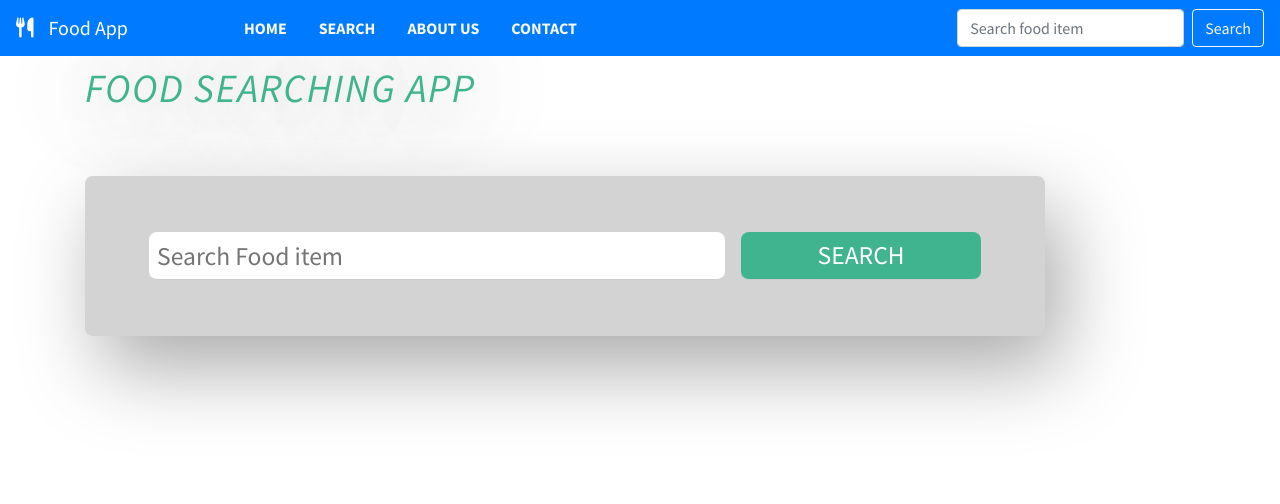
Repository: priyavmehta/React-Food-Recipe-App
Page: /search
An editor plug-in stored every save of this project. The page is shown before and after the next save, followed by the edit.
The browser window is 1280 px wide. The pictures show the whole page.
Some web libraries are served in a nearby version. The project was rebuilt for these pictures with package versions that can differ from the ones it lists, and the page was loaded fresh each time. Also part of the build but not shown: src/Components/Recipe.js, src/Components/Alert.js, src/Components/Home.js, src/Components/RecipeDetails.js.

Above is the page before, as saved 2020-07-14 23:07:44.

### public/index.html
<!DOCTYPE html>
<html lang="en">
  <head>
    <meta charset="utf-8" />
    <link rel="icon" href="%PUBLIC_URL%/favicon.ico" />
    <meta name="viewport" content="width=device-width, initial-scale=1" />
    <meta name="theme-color" content="#000000" />
    <meta
      name="description"
      content="Web site created using create-react-app"
    />
    <link rel="apple-touch-icon" href="%PUBLIC_URL%/logo192.png" />
    <link rel="manifest" href="%PUBLIC_URL%/manifest.json" />

    <script src="https://kit.fontawesome.com/c3f9cf1e2c.js" crossorigin="anonymous"></script>

    <link rel="stylesheet" href="https://stackpath.bootstrapcdn.com/bootstrap/4.3.1/css/bootstrap.min.css" integrity="sha384-ggOyR0iXCbMQv3Xipma34MD+dH/1fQ784/j6cY/iJTQUOhcWr7x9JvoRxT2MZw1T" crossorigin="anonymous">
    <script src="https://code.jquery.com/jquery-3.3.1.slim.min.js" integrity="sha384-q8i/X+965DzO0rT7abK41JStQIAqVgRVzpbzo5smXKp4YfRvH+8abtTE1Pi6jizo" crossorigin="anonymous"></script>
<script src="https://cdnjs.cloudflare.com/ajax/libs/popper.js/1.14.7/umd/popper.min.js" integrity="sha384-UO2eT0CpHqdSJQ6hJty5KVphtPhzWj9WO1clHTMGa3JDZwrnQq4sF86dIHNDz0W1" crossorigin="anonymous"></script>
<script src="https://stackpath.bootstrapcdn.com/bootstrap/4.3.1/js/bootstrap.min.js" integrity="sha384-JjSmVgyd0p3pXB1rRibZUAYoIIy6OrQ6VrjIEaFf/nJGzIxFDsf4x0xIM+B07jRM" crossorigin="anonymous"></script>

    <title>Food App</title>
  </head>
  <body>
    <noscript>You need to enable JavaScript to run this app.</noscript>
    <div id="root"></div>
    <!--
      This HTML file is a template.
      If you open it directly in the browser, you will see an empty page.

      You can add webfonts, meta tags, or analytics to this file.
      The build step will place the bundled scripts into the <body> tag.

      To begin the development, run `npm start` or `yarn start`.
      To create a production bundle, use `npm run build` or `yarn build`.
    -->
  </body>
</html>

### src/App.js
import React from 'react';
import './App.css';
import RecipeState from './context/recipe/RecipeState';
import Search from './Components/Search';
import { BrowserRouter as Router, Switch, Route } from 'react-router-dom'
import Navbar from './Components/Navbar';
import Home from './Components/Home';
import RecipeDetails from './Components/RecipeDetails';

const App = () => {

  return (
    <RecipeState>
      <Router>
        <div className="App">
          <Navbar />
          <div className = "container">
            <Switch>
              <Route exact path = '/' component = {Home} />
              <Route exact path = '/search' component = {Search} />
              <Route exact path = '/recipe/:label' component = {RecipeDetails} />
            </Switch>
          </div>
        </div>
      </Router>
    </RecipeState>
  );
}

export default App;

### src/App.css
@import url("https://fonts.googleapis.com/css?family=Source+Sans+Pro:300,300i,400,400i,600,600i,700&display=swap");

* {
  font-family: "Source Sans Pro", sans-serif;
  margin: 0;
  padding: 0;
  text-decoration: none;
  list-style-type: none;
  outline: none;
}

.App {
  display: flex;
  flex-direction: column;
  align-items: center;
}

h1 {
  letter-spacing: 0.1rem;
  font-style: italic;
  color: #40b48e;
  text-shadow: 0 0.2rem 5rem rgb(119, 115, 115);
  text-transform: uppercase;
  margin: 4rem 0;
}

.search-form {
  width: 60rem;
  height: 10rem;
  display: flex;
  justify-content: center;
  align-items: center;
  background-color: #d3d3d3;
  border-radius: 0.5rem;
  margin-bottom: 5rem;
  box-shadow: 1rem 2rem 5rem #aaa;
  position: relative;
}

.alert {
  /*position: absolute;*/
  top: -3rem;
  left: 0;
  background-color: rgb(233, 72, 72);
  width: calc(100% - 0.4rem);
  border-radius: 0.5rem;
  padding: 0.2rem;
}

.alert h3 {
  font-size: 1.8rem;
  color: #fff;
  font-weight: 400;
  text-transform: uppercase;
  text-align: center;
}

.search-form input {
  font-size: 1.6rem;
  border: none;
  border-bottom: 0.1rem solid #ccc;
  margin: 0 0.5rem;
  border-radius: 0.5rem;
  height: 3rem;
}

.search-form input[type="text"] {
  padding: 0 0.5rem;
  width: 60%;
  color: #555;
}

.search-form input[type="submit"] {
  width: 25%;
  text-transform: uppercase;
  background-color: #40b48e;
  color: #fff;
}

.recipes {
  width: 90%;
  display: flex;
  align-items: center;
  flex-wrap: wrap;
  justify-content: center;
  align-items: flex-start;
}

.recipe {
  width: 30rem;
  margin: 3rem;
  display: flex;
  flex-direction: column;
  background-color: #d3d3d3;
  padding: 2rem;
  position: relative;
  border-radius: 0.5rem;
  box-shadow: 2rem 3rem 5rem #aaa;
}

.recipe h2 {
  background-color: rgba(161, 161, 161, 0.7);
  border-radius: 0.5rem;
  padding: 0.3rem 0.5rem;
  position: absolute;
  top: 2.5rem;
  left: 2.5rem;
  right: 2.5rem;
  font-size: 2.5rem;
  font-weight: 400;
  text-shadow: 0 0.5rem 0.5rem #555;
  color: #fff;
}

.recipe img {
  border-radius: 0.5rem;
  object-fit: cover;
}

.recipe a {
  font-size: 1.8rem;
  color: #40b48e;
}

/* .recipe button {
  font-size: 2rem;
  text-transform: uppercase;
  color: #fff;
  background-color: #40b48e;
  border: none;
  border-radius: 0.5rem;
  height: 3rem;
} */

.ingredient-list {
  margin-top: 1rem;
  background-color: #f0f0f0;
  border-radius: 0.5rem;
  padding: 0.5rem;
}

.ingredient-list li {
  margin: 0.5rem 0;
}

.ingredient-text {
  font-size: 1.5rem;
  color: #888;
}

.ingredient-weight {
  color: #40b48e;
  font-size: 1.3rem;
}

.fas {
  color: white;
}

.navbar-brand{
  color: white;
}

h3 {
  color: white;
}

### src/context/recipe/RecipeState.js
import React, { useReducer } from 'react'
import recipeContext from './recipeContext'
import recipeReducer from './recipeReducer';
import axios from 'axios'
import {SEARCH_RECIPE, SET_ALERT, REMOVE_ALERT, NAVBAR_SEARCH_RECIPE, SET_RECIPE} from '../types'

const RecipeState = (props) => {

    const initialState = {

        navbar_recipes : [],
        alert : "",
        search_recipes : [],
        recipe : {}
    };

    const [state, dispatch] = useReducer(recipeReducer, initialState);

    const YOUR_APP_ID = 'a232e31f';
    const YOUR_APP_KEY = 'd3cfbfb089b421a6f5135d309faa2604';

    const getData = async (text, context) => {
        if (text !== ''){
            const url = `https://api.edamam.com/search?q=${text}&app_id=${YOUR_APP_ID}&app_key=${YOUR_APP_KEY}`
            const data = await axios.get(url);
            if (!data.data.more){
                return (
                    dispatch({type : SET_ALERT, payload : "Such a food item is not available.."}),
                    setTimeout (() => dispatch({ type : REMOVE_ALERT }), 5000)
                )
            }

            if (context === 0){
                dispatch({type: SEARCH_RECIPE, payload: data.data.hits})
                console.log(state.search_recipes)
            } else {
                dispatch({type: NAVBAR_SEARCH_RECIPE, payload: data.data.hits})
                console.log(state.navbar_recipes)
            }

        } else {
            dispatch ({type : SET_ALERT, payload: "Please enter something"})
            setTimeout (() => dispatch({ type : REMOVE_ALERT }), 5000)
        }

    }

    const setRecipe = (recipe_details) => {
        console.log(recipe_details)
        if (recipe_details){
            dispatch({type : SET_RECIPE, payload : recipe_details})
        }
    }

    return <recipeContext.Provider value = {{
            getData,
            navbar_recipes: state.navbar_recipes,
            alert : state.alert,
            search_recipes : state.search_recipes,
            setRecipe,
            recipe : state.recipe
        }
    }
    >
        {props.children}
    </recipeContext.Provider>
}

export default RecipeState

### src/Components/Search.js
import React, {Fragment, useContext, useState} from 'react'
import recipeContext from '../context/recipe/recipeContext'
import Recipe from './Recipe'
import Alert from './Alert'

const Search = () => {

    const [query, setQuery] = useState("")

    const RecipeContext = useContext(recipeContext)
    const {getData, search_recipes, alert} = RecipeContext

    const changeQuery = (event) => setQuery(event.target.value)

    const onSubmitQuery = (event) => {
        event.preventDefault()
        getData(query, 0)
        setQuery("")
    }

    return (
        <Fragment>
            <h1 >Food Searching App</h1>
            { alert !== "" && <Alert/>}
            <form className = "search-form" onSubmit = {onSubmitQuery}>
                <input type="text" placeholder = "Search Food item" autoComplete = "off" onChange = {changeQuery} value = {query} />
                <input type = "submit" value = "Search" />
            </form>
            <div className = "recipes">
                {
                    search_recipes !== [] && (
                        search_recipes.map(recipe => <Recipe recipe = {recipe}/>)
                    )
                }
            </div>
        </Fragment>
    )
}

export default Search

### src/Components/Navbar.js
import React, { useContext, useState } from 'react'
import PropTypes from 'prop-types'
import { Link } from 'react-router-dom'
import recipeContext from '../context/recipe/recipeContext'

const Navbar = ({icon, title}) => {

    const [query, setQuery] = useState("")

    const RecipeContext = useContext(recipeContext)
    const {getData} = RecipeContext

    const changeQuery = (event) => setQuery(event.target.value)

    const onSubmitQuery = (event) => {
        event.preventDefault()
        getData(query)
        setQuery("")
    }

    return (
        <nav className="navbar navbar-expand-md navbar-light bg-primary fixed-top">
            <a href = "#" className="navbar-brand" style = {{ color : "white", marginRight :100 }}><i className="fas fa-utensils" style = {{ marginRight : 15}}></i>Food App</a>
            <button type="button" className="navbar-toggler bg-light" data-toggle="collapse" data-target="#nav">
                <span className="navbar-toggler-icon"></span>
            </button>
             <div className="collapse navbar-collapse justify-content-between" id="nav">
                <ul className="navbar-nav">
                    <li className="nav-item" >
                        <Link className="nav-link text-light font-weight-bold px-3" to = "/">HOME</Link>
                    </li>
                    <li className="nav-item" >
                        <Link className="nav-link text-light font-weight-bold px-3" to = "/search">SEARCH</Link>
                    </li>
                    <li className="nav-item">
                        <Link className="nav-link text-light font-weight-bold px-3" to = "/about">ABOUT US</Link>
                    </li>
                    <li className="nav-item">
                        <Link className="nav-link text-light font-weight-bold px-3" to = "/contact">CONTACT</Link>
                    </li>
                </ul>
                <form className="form-inline" onSubmit = {onSubmitQuery}>
                    <input className="form-control mr-sm-2" type="search" placeholder="Search food item" aria-label="Search" autoComplete = "off" onChange = {changeQuery} value = {query} />
                    <button className="btn btn-outline-light my-2 my-sm-0" type="submit">Search</button>
                </form>
            </div>
        </nav>
    )
}

Navbar.defaultProps = {
    title : "Food App",
    icon : "fab fa-github"
};

Navbar.propTypes = {
    title : PropTypes.string.isRequired,
    icon : PropTypes.string.isRequired
};

export default Navbar

### src/context/recipe/recipeContext.js
import { createContext } from 'react'

const recipeContext = createContext()

export default recipeContext

### src/context/recipe/recipeReducer.js
import {SEARCH_RECIPE, SET_ALERT, REMOVE_ALERT, SET_HOME_PAGE, NAVBAR_SEARCH_RECIPE, SET_RECIPE} from '../types'

export default (state, action) => {
    switch(action.type){
        case SET_HOME_PAGE:
            return{
                ...state,
                recipes : action.payload
            }
        case NAVBAR_SEARCH_RECIPE:
            return{
                ...state,
                navbar_recipes : action.payload,
                alert : ""
            }
        case SET_RECIPE:
            return {
                ...state,
                recipe : action.payload,
                alert : ""
            }
        case REMOVE_ALERT:
            return{
                ...state,
                alert: ""
            }
        case SET_ALERT:
            return{
                ...state,
                alert: action.payload
            }
        case SEARCH_RECIPE:
            return {
                ...state,
                search_recipes : action.payload,
                alert: ""
            }
        default:
            return state
    }
}

### src/context/types.js
export const SEARCH_RECIPE = "SEARCH_RECIPE";
export const CHANGE_QUERY = "CHANGE_QUERY";
export const SET_ALERT = "SET_ALERT";
export const REMOVE_ALERT = "REMOVE_ALERT";
export const SET_HOME_PAGE = "SET_HOME_PAGE";
export const NAVBAR_SEARCH_RECIPE = "NAVBAR_SEARCH_RECIPE";
export const SET_RECIPE = "SET_RECIPE";

Loaded but not shown: src/index.js (common file); src/index.css (common file); src/serviceWorker.js (common file)

After the next save:
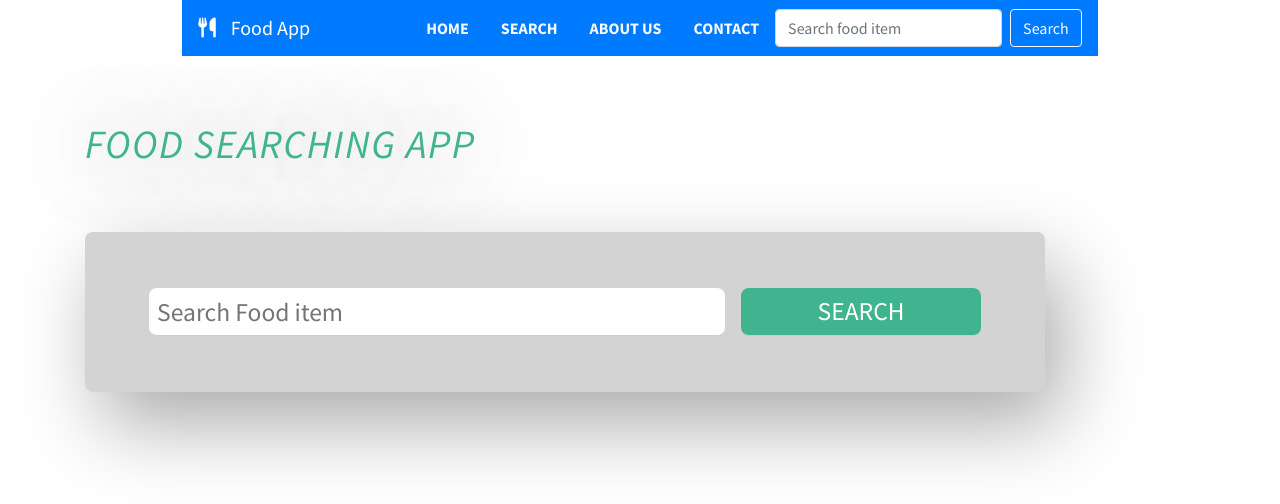
Saved 76 s later.
--- a/src/Components/Navbar.js
+++ b/src/Components/Navbar.js
@@ -19,7 +19,7 @@
     }
 
     return (
-        <nav className="navbar navbar-expand-md navbar-light bg-primary fixed-top">
+        <nav className="navbar navbar-expand-md navbar-light bg-primary">
             <a href = "#" className="navbar-brand" style = {{ color : "white", marginRight :100 }}><i className="fas fa-utensils" style = {{ marginRight : 15}}></i>Food App</a>
             <button type="button" className="navbar-toggler bg-light" data-toggle="collapse" data-target="#nav">
                 <span className="navbar-toggler-icon"></span>

After the 2 saves that followed:
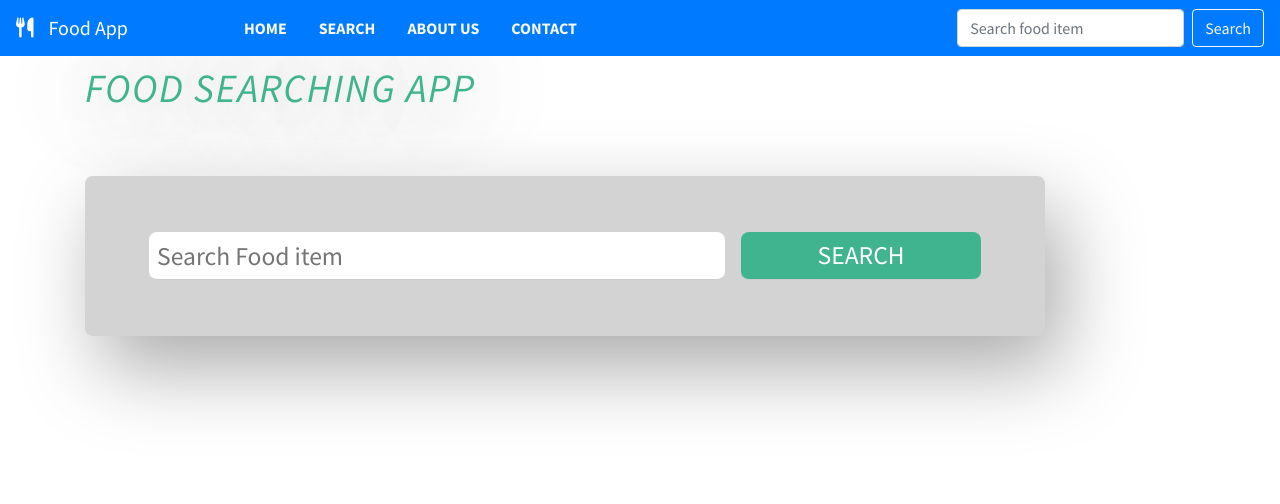
The 2 saves are shown as one change because 1 left the picture as it was.
The last was saved 47 s later.
--- a/src/Components/Navbar.js
+++ b/src/Components/Navbar.js
@@ -19,7 +19,7 @@
     }
 
     return (
-        <nav className="navbar navbar-expand-md navbar-light bg-primary">
+        <nav className="navbar navbar-expand-md navbar-light bg-primary fixed-top">
             <a href = "#" className="navbar-brand" style = {{ color : "white", marginRight :100 }}><i className="fas fa-utensils" style = {{ marginRight : 15}}></i>Food App</a>
             <button type="button" className="navbar-toggler bg-light" data-toggle="collapse" data-target="#nav">
                 <span className="navbar-toggler-icon"></span>
